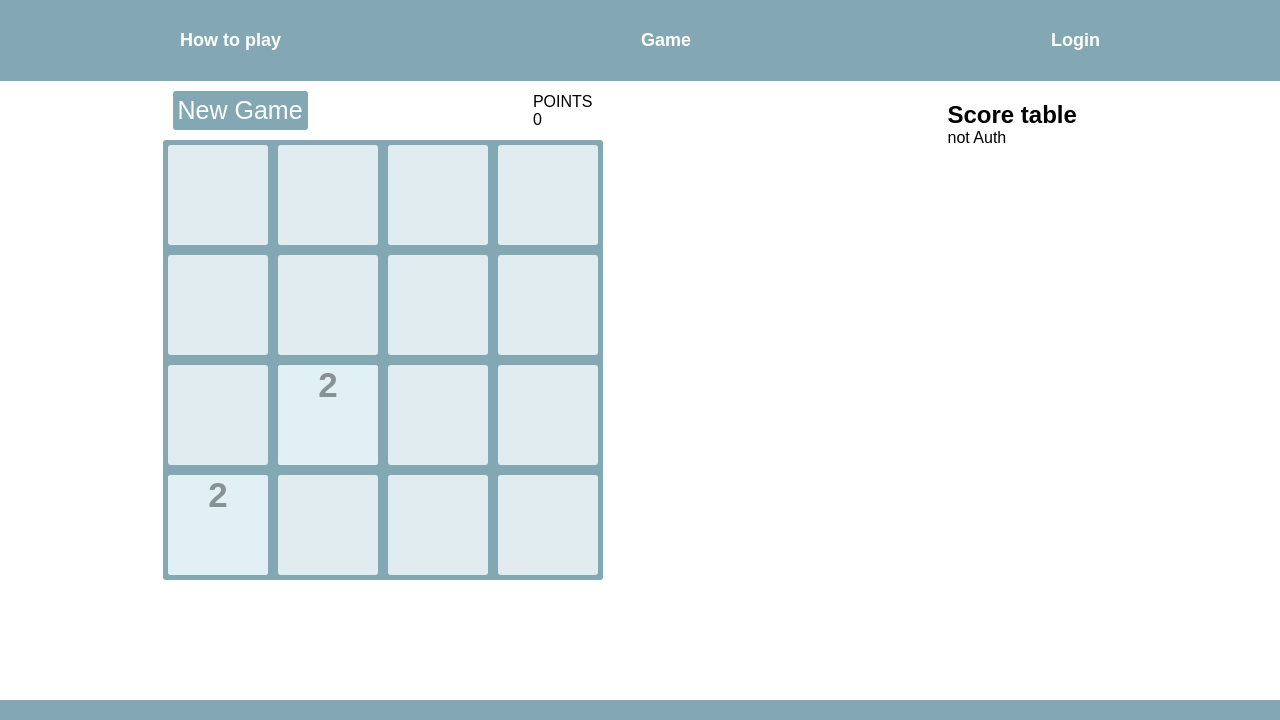
Repository: nika-otter/2048
Page: / (app in client/)
The author's editor kept a copy of each file at every save. The page is drawn from the files as they stood at one save, then again after the next save.
The browser window is 1280 px wide. The pictures show the whole page.
The project was rebuilt for these pictures with package versions that can differ from the ones it lists, and the page was loaded fresh each time. Also part of the build but not shown: client/src/components/Login/LoginForm.js, client/src/pages/account/index.jsx, client/src/components/Game/GameOverlay.jsx, client/src/components/InstructionPage/InstructionPage.module.scss, client/src/components/HowToPlay/howtoplay.module.scss, client/src/components/HowToPlay/howtoplay.jsx, client/src/components/InstructionPage/InstructionPage.jsx, client/src/pages/Instruction/index.jsx and 4 more.

Above is the page before, as saved 2023-05-01 19:27:28.

### client/src/index.js
import React from "react";
import ReactDOM from "react-dom/client";
import "./index.css";
import App from "./App";
import { BrowserRouter } from "react-router-dom";
import Store from "./store/store";

const store = new Store();

export const Context = React.createContext({
  store,
});

const root = ReactDOM.createRoot(document.getElementById("root"));
root.render(
  <Context.Provider value={{ store }}>
    <BrowserRouter>
      <App />
    </BrowserRouter>
  </Context.Provider>
);

### client/src/index.css
* {
  box-sizing: border-box;
  margin: 0;
  padding: 0;
}
#root {
  width: 100vw;
  height: 100%;
}

body {
  /* background-color: #ffffff;
  display: flex;
  justify-content: center;
  align-items: center;*/
  /* height: 100vh; */
  height: 100%;
}
html {
  height: 100%;
}
code {
  font-family: source-code-pro, Menlo, Monaco, Consolas, "Courier New",
    monospace;
}

### client/src/App.js
import { useContext, useEffect, useState } from "react";
import "./App.css";
import LoginForm from "./components/Login/LoginForm";
import AppRouter from "./router/AppRouter";
import { Context } from "./index";
import { observer } from "mobx-react-lite";
import UserService from "./services/UserService";
function App() {
  // const { store } = useContext(Context);
  // const [users, setUsers] = useState([]);
  // useEffect(() => {
  //   if (localStorage.getItem("token")) {
  //     // console.log(localStorage.getItem("token"));
  //     store.checkAuth();
  //   }
  // }, []);

  // if (store.isLoading) {
  //   return <div>Loading...</div>;
  // }
  // async function getUsers() {
  //   try {
  //     const response = await UserService.fetchUsers();
  //     setUsers(response.data);
  //     console.log(response);
  //     setUsers(response.data);
  //   } catch {}
  // }
  return (
    <div className="App">
      <AppRouter />
      {/* <h1>{store.isAuth ? `User: ${store.user.email}` : "Not Auth"}</h1>
      <h1>
        {" "}
        {store.user.isActivated ? `Activated` : "Go and activate your email"}
      </h1>
      <button onClick={() => store.logout()}>Logout</button>
      <button onClick={getUsers}>Get users</button>
      {users.map((user) => (
        <div key={user.email}>{user.email}</div>
      ))}      */}
      {/* <LoginForm /> */}
    </div>
  );
}

export default observer(App);

### client/src/store/store.js
import { makeAutoObservable } from "mobx";
import AuthService from "../services/AuthService";
import axios from "axios";
import { API_URL } from "../http";
import UserService from "../services/UserService";

export default class Store {
  user = {};
  isAuth = false;
  isLoading = false;
  scores = {};
  constructor() {
    makeAutoObservable(this);
  }
  setAuth(bool) {
    this.isAuth = bool;
  }
  setUser(user) {
    this.user = user;
  }

  setLoading(bool) {
    this.isLoading = bool;
  }

  setScores(scores) {
    this.scores = scores;
  }

  async login(email, password) {
    console.log("login");
    try {
      const response = await AuthService.login(email, password);
      console.log(response);
      localStorage.setItem("token", response.data.accessToken);
      this.setAuth(true);
      this.setUser(response.data.user);
      console.log(response.data.user);
    } catch (e) {
      console.log(e.response?.data?.message);
    }
  }

  async registration(email, password) {
    try {
      const response = await AuthService.registration(email, password);
      console.log(response);
      localStorage.setItem("token", response.data.accessToken);
      this.setAuth(true);
      this.setUser(response.data.user);
    } catch (e) {
      console.log(e.response?.data?.message);
    }
  }

  async logout() {
    try {
      const response = await AuthService.logout();
      console.log(response);
      localStorage.removeItem("token", response.data.accessToken);
      this.setAuth(false);
      this.setUser({});
    } catch (e) {
      console.log(e.response?.data?.message);
    }
  }

  async checkAuth() {
    console.log("checkAuth");
    this.setLoading(true);
    try {
      const response = await axios.get(`${API_URL}/refresh`, {
        withCredentials: true,
      });
      console.log(response, "response checkAuth");
      console.log(
        response.data.accessToken,
        "response.data.accessToken checkAuth"
      );
      localStorage.setItem("token", response.data.accessToken);

      this.setAuth(true);
      this.setUser(response.data.user);
    } catch (e) {
      console.log(e.response?.data?.message);
    } finally {
      this.setLoading(false);
    }
  }

  async saveScore(email, score) {
    try {
      const response = await UserService.updateScore(email, score);
      //   this.scores = response.data.user.scores;
      console.log(response.data.user.scores);
    } catch (e) {
      console.log(e.response?.data?.message);
    }
  }
  async getScores(email) {
    this.setLoading(true);
    try {
      const response = await UserService.getScores(email);
      console.log(response, "response getScores store");
      this.setScores(response.data.user.scores);
      //   console.log(response.data.user.scores);
    } catch (e) {
      console.log(e.response?.data?.message);
    } finally {
      // this.setLoading(false);
    }
  }
}

### client/src/App.css
.App {
  /* position: relative; */
  display: flex;
  flex-direction: column;
  height: 100%;
  /* background-color: rgb(188, 121, 39); */
}
/* main {
  flex: 1 0 auto;
} */

### client/src/router/AppRouter.jsx
import { Routes, Route } from "react-router-dom";
import Account from "../pages/Account";
import Game from "../pages/Game";
import Instruction from "../pages/Instruction";
import Login from "../pages/Login";

const AppRouter = () => {
  return (
    <Routes>
      {/* <Route path="/game" element={<Game />} /> */}
      {/* <Route path="/account" element={<Account />} /> */}
      <Route path="/how-to-play" element={<Instruction />} />
      <Route path="/" element={<Game />} />
      <Route path="/login" element={<Login />} />
    </Routes>
  );
};

export default AppRouter;

### client/src/services/UserService.js
import $api from "../http";
export default class UserService {
  static fetchUsers() {
    return $api.get("/users");
  }

  static updateScore(email, score) {
    return $api.post(`/score`, { email, score });
  }

  static async getScores(email) {
    return $api.post(`/scores`, { email });
  }
}

### client/src/services/AuthService.js
import $api from "../http";
export default class AuthService {
  static async login(email, password) {
    return $api.post("/login", { email, password });
  }
  static async registration(email, password) {
    return $api.post("/registration", { email, password });
  }
  static async logout() {
    return $api.post("/logout");
  }
}

### client/src/http/index.js
import axios from "axios";

export const API_URL = "http://localhost:5000/api";

const $api = axios.create({
  withCredentials: true,
  baseURL: API_URL,
});

$api.interceptors.request.use((config) => {
  config.headers.Authorization = `Bearer ${localStorage.getItem("token")}`;
  return config;
});

$api.interceptors.response.use(
  (config) => {
    return config;
  },
  async (error) => {
    const originalRequest = error.config;
    if (
      error.response.status === 401 &&
      error.config &&
      !error.config._isRetry
    ) {
      originalRequest._isRetry = true;
      try {
        const response = await axios.get(`${API_URL}/refresh`, {
          withCredentials: true,
        });
        console.log(response, "response http");
        localStorage.setItem("token", response.data.accessToken);
        return $api.request(originalRequest);
      } catch (e) {
        console.log(e);
        console.log("НЕ АВТОРИЗОВАН");
      }
    }
    throw error;
  }
);
export default $api;

### client/src/pages/Game/index.jsx
import Header from "../../components/Header/Header";
import Footer from "../../components/Footer/Footer";
import GamePage from "../../components/GamePage/GamePage";

function Game() {
  return (
    <>
      <Header />
      <GamePage />
      <Footer />
    </>
  );
}

export default Game;

### client/src/components/Footer/Footer.jsx
import classes from "./Footer.module.scss";

function Footer() {
  return <footer className={classes.footer}></footer>;
}

export default Footer;

### client/src/components/Header/Header.jsx
import { Link } from "react-router-dom";
import classes from "./Header.module.scss";

function Header() {
  return (
    <header className={classes.header}>
      <Link className={classes.link} to="/how-to-play">
        How to play
      </Link>
      <Link className={classes.link} to="/">
        Game
      </Link>
      <Link className={classes.link} to="/login">
        Login
      </Link>
    </header>
  );
}

export default Header;

### client/src/components/GamePage/GamePage.jsx
import { Link } from "react-router-dom";
import classes from "./GamePage.module.scss";
import ScoreTable from "../ScoreTable/ScoreTable";
import BoardView from "../Game/Board";
import { observer } from "mobx-react-lite";
import { useContext, useEffect } from "react";
import { Context } from "../..";

function GamePage() {
  return (
    <main className={classes.main}>
      <div className={classes.gamepage}>
        <BoardView />
        <ScoreTable />
      </div>
    </main>
  );
}

export default observer(GamePage);

### client/src/components/Footer/Footer.module.scss
.footer {
  flex: 0 0 auto;
  height: 20px;
  background-color: rgb(131, 168, 180);
  width: 100%;
}

### client/src/components/Header/Header.module.scss
.header {
  display: flex;
  justify-content: space-around;
  background-color: #83a8b4;
  width: 100%;
}
.link {
  color: white;
  text-decoration: none;
  font-size: large;
  margin-top: 20px;
  margin-bottom: 20px;
  padding: 10px;
  font-weight: bold;
  border-radius: 5px;
  &:hover {
    color: rgb(106, 134, 144);
    background-color: rgb(255, 255, 255);
  }
}

### client/src/components/GamePage/GamePage.module.scss
.gamepage {
  display: flex;
  justify-content: space-around;
  //   background-color: aquamarine;
}
.main {
  flex: 1 0 auto;
}

### client/src/components/ScoreTable/ScoreTable.jsx
import { useContext, useEffect, useState } from "react";
import classes from "./ScoreTable.module.scss";
import { Context } from "../..";
import UserService from "../../services/UserService";
import { observer } from "mobx-react-lite";

function ScoreTable() {
  // const { store } = useContext(Context);
  // const [scores, setScores] = useState([]);

  // useEffect(() => {
  //   if (localStorage.getItem("token")) {
  //     console.log(localStorage.getItem("token"), "token from login index.jsx");
  //     store.checkAuth();
  //     getScores(store.user.email);
  //   }
  //   console.log(store.user.email, "store.user.email in ScoreTable.jsx");
  // }, []);

  // const getScores = async (email) => {
  //   console.log(email, "email in ScoreTable.jsx");
  //   try {
  //     const response = await UserService.getScores(email);
  //     setScores(response.data.scores, "response from getScores ScoreTable.jsx");
  //     console.log(response);
  //   } catch {
  //     console.log("Error");
  //   }
  // };
  // console.log(scores, "store.user in ScoreTable.jsx");

  const { store } = useContext(Context);
  // const [scores, setScores] = useState([]);
  // console.log(store.user.scores, "store.user from login index.jsx");
  useEffect(() => {
    if (localStorage.getItem("token")) {
      console.log(localStorage.getItem("token"), "token from login index.jsx");
      store.checkAuth();
    }
    console.log(store.user.email, "store.user.email in ScoreTable.jsx");
    // getScores(store.user.email);
  }, [store]);

  // async function getScores(email) {
  //   console.log(email, "email from getScores");
  //   try {
  //     const response = await UserService.getScores(email);
  //     // setUsers(response.data);
  //     console.log(response, "response from getScores");
  //     // console.log(response.data.data.user.scores, "response.data.user.scores");
  //     // setScores(response.data.scores);
  //   } catch (e) {
  //     console.log(e, "Error");
  //   }
  // }
  if (store.isLoading) {
    console.log(store.isLoading, "store.isLoading");
    return <div className={classes.loading}>Loading...</div>;
  }
  return (
    <div className={classes.scoretable}>
      <h2>Score table</h2>
      {/* <button onClick={() => getScores(store.user.email)}>Get scores</button> */}
      {/* {store.isAuth ? (
        scores.map((score) => <div key={score}>{score}</div>)
      ) : (
        <div>loading</div>
      )} */}
      <ul>
        {store.isAuth ? (
          store.user.scores
            .map((score) => ({
              score,
              id: Math.random(),
            }))
            .sort((a, b) => b.score - a.score)
            .slice(0, 10)
            .map((item) => <li key={item.id}>{item.score}</li>)
        ) : (
          <div>not Auth</div>
        )}
      </ul>

      {/* <button onClick={getScores}>dddmdmd</button> */}

      {/* {scores.map((score) => (
        <div>{score}</div>
      ))} */}
    </div>
  );
}

export default observer(ScoreTable);

### client/src/components/Game/Board.jsx
import React, { useContext, useEffect, useState } from "react";
import Tile from "./Tile";
import Cell from "./Cell";
import { Board } from "../../helper";
import useEvent from "../../hooks/useEvent";
import GameOverlay from "./GameOverlay";
import "./Board.scss";
import { Context } from "../..";
import UserService from "../../services/UserService";
const BoardView = () => {
  const { store } = useContext(Context);
  const [board, setBoard] = useState(new Board());

  // useEffect(() => {
  //   const checkAuth = async () => {
  //     if (localStorage.getItem("token")) {
  //       console.log(localStorage.getItem("token"), "token from login index.jsx");
  //       await store.checkAuth();
  //     }
  //   };
  //   checkAuth();
  //   console.log(store.user.email, "store.user.email in ScoreTable.jsx");
  //   // getScores(store.user.email);
  // }, [resetGame]);

  const handleKeyDown = (event) => {
    if (board.hasWon()) {
      console.log("You won!");
      return;
    } //потім вернути треба

    if (event.keyCode >= 37 && event.keyCode <= 40) {
      let direction = event.keyCode - 37;
      let boardClone = Object.assign(Object.create(board), board);
      // let boardClone = Object.assign(
      //   Object.create(Object.getPrototypeOf(board)),
      //   board
      // ); // теж саме що і вище
      let newBoard = boardClone.move(direction);
      setBoard(newBoard);
    }
  };

  useEvent("keydown", handleKeyDown);

  const cells = board.cells.map((row, rowIndex) => {
    return (
      <div key={rowIndex}>
        {row.map((col, colIndex) => {
          return <Cell key={rowIndex * board.size + colIndex} />;
        })}
      </div>
    );
  }); //робить клітинки нічого серйозного

  const tiles = board.tiles
    .filter((tile) => tile.value !== 0)
    .map((tile, index) => {
      return <Tile tile={tile} key={index} />;
    });

  const saveScore = async (email, score) => {
    try {
      const response = await UserService.updateScore(email, score);
      console.log(response, "response from saveScore ");
    } catch {
      console.log("Error");
    }
  };
  const resetGame = async () => {
    console.log(
      store.user.email,
      board.score,
      "store.user.email board.score from BoardView.jsx"
    );
    if (board.score > 0) {
      await saveScore(store.user.email, board.score);
      store.checkAuth();
    }
    setBoard(new Board());
  };

  return (
    <div>
      <div className="details-box">
        <div className="resetButton" onClick={resetGame}>
          New Game
        </div>
        <div className="score-box">
          <div className="score-header">POINTS</div>
          <div>{board.score}</div>
        </div>
      </div>
      <div className="board">
        {cells}
        {tiles}
        <GameOverlay onRestart={resetGame} board={board} />
      </div>
    </div>
  );
};

export default BoardView;

### client/src/components/ScoreTable/ScoreTable.module.scss
.scoretable {
  margin: 20px;
  width: 150px;
}
.loading {
  width: 150px;
  margin: 20px;
}

### client/src/components/Game/Tile.jsx
import React from "react";
// import classes from "./Board.scss";
import "./Board.scss";
// import "./styles.scss";

const Tile = ({ tile, id }) => {
  console.log("tile");
  let classArray = ["tile"];
  classArray.push("tile" + tile.value);
  if (!tile.mergedInto) {
    classArray.push(`position_${tile.row}_${tile.column}`);
  }
  if (tile.mergedInto) {
    classArray.push("merged");
  }
  if (tile.isNew()) {
    classArray.push("new");
  }

  if (tile.hasMoved()) {
    classArray.push(`row_from_${tile.fromRow()}_to_${tile.toRow()}`);
    classArray.push(`column_from_${tile.fromColumn()}_to_${tile.toColumn()}`);
    classArray.push("isMoving");
  }
  //   if (tile.isRandom()) {
  //     classArray.push("random");
  //   }

  let styles = classArray.join(" ");
  return <span className={styles}>{tile.value}</span>;
};

export default Tile;

### client/src/components/Game/Cell.jsx
import React from "react";

const Cell = ({ id }) => {
  return <span className="cell"></span>;
};

export default Cell;

### client/src/hooks/useEvent.jsx
import { useEffect } from "react";

export default function useEvent(event, handler, passive = false) {
  useEffect(() => {
    window.addEventListener(event, handler, passive);

    return function cleanUp() {
      window.removeEventListener(event, handler, passive);
    };
  });
}

### client/src/components/Game/Board.scss
// @font-face {
//   font-family: "Clear Sans";
//   src: url("../src/clear-sans.ttf") format("truetype");
// }

body {
  display: flex;
  //   background: rgb(2,0,36);
  // background: linear-gradient(90deg, rgba(2,0,36,1) 0%, rgba(87,64,124,1) 47%, rgba(0,212,255,1) 100%);
  //   color: white;
  // flex-direction: column;
  // justify-content: center;
  // align-content: center;
  // align-items: center;
  font-family: "Clear Sans", sans-serif;
  // font-size: 21px;
}

.text {
  // order: 2;
  // padding-top: 40px;
  // width: 440px;
  // font-weight: bold;
}
// main {
//   min-height: 90vh;
// }

// .wrapper {
//   display: flex;
//   flex-direction: column;
//   height: 100%;
// }
// .content {
//   flex: 1 0 auto;
// }
// .footer {
//   flex: 0 0 auto;
// }

.board {
  // order: 1;
  // display: inline-block;

  display: block;
  // justify-content: center;
  margin-left: auto;
  margin-right: auto;
  width: 440px;
  height: 440px;
  // padding: 5px; //вернути треба
  background-color: rgb(131, 168, 180);
  border-radius: 3px;
  // outline: none;
  position: relative;
}

// .board .cell,
// .tile {
//   // user-select: none;
//   // cursor: default;
// }

.details-box {
  display: flex;
  align-items: center;
  padding: 10px;
  justify-content: space-between;
}

.resetButton {
  background-color: rgb(131, 168, 180);
  color: rgb(255, 255, 255);
  cursor: pointer;
  font-size: 25px;
  padding: 5px;
  border-radius: 3px;
  transition: color 0.3s ease, background-color 0.3s ease;
  &:hover {
    background-color: rgb(131, 168, 180);
    color: rgba(255, 255, 255, 1);
  }
}

.score-header {
  font-size: 1rem;
}

.score-box {
  background-color: rgb(131, 168, 180) 6;
  color: rgb(0, 0, 0);
  // min-width: 50px;
  // width: 70px;
  // padding: 5px 15px;
  border-radius: 3px;
}

.cell,
.tile {
  // display: inline-block;
  width: 100px;
  height: 100px;
  margin: 5px;
  // line-height: 90px;
  display: inline-block;
  font-size: 35px;
  font-weight: bold;
  text-align: center;
  vertical-align: middle;
  border-radius: 3px;
  // font-family: "Clear Sans";
  color: rgba(8, 4, 4, 0.402);
  background-color: rgb(224, 236, 240);
}

.tile0 {
  background-color: rgb(238, 247, 249);
}

.tile2 {
  background-color: rgb(224, 240, 245);
  // background-image: url(./assets/img/2.gif);
}

.tile4 {
  background-color: rgb(199, 221, 228);
  // background-image: url(./assets/img/4.gif);
}

.tile8 {
  background-color: rgb(187, 212, 220);
  // background-image: url(./assets/img/8.gif);
}

.tile16 {
  background-color: rgb(171, 195, 203);
  // background-image: url(./assets/img/16.gif);
}

.tile32 {
  background-color: rgb(140, 165, 174);
  // background-image: url(./assets/img/32.gif);
}

.tile64 {
  background-color: rgb(116, 144, 153);
  // background-image: url(./assets/img/64.gif);
}

.tile128 {
  background-color: rgb(98, 125, 134);
  // background-image: url(./assets/img/128.gif);
}

.tile256 {
  background-color: rgb(71, 91, 98);
  // background-image: url(./assets/img/256.gif);
  // font-size: 45px;
}

.tile512 {
  background-color: rgb(45, 68, 75);
  // background-image: url(./assets/img/512.gif);
  // font-size: 45px;
}

.tile1024 {
  background-color: rgb(40, 68, 78);
  // background-image: url(./assets/img/1024.gif);
  // font-size: 35px;
}

.tile2048 {
  position: absolute;
  background-size: contain;
  left: 0;
  right: 0;
  top: 0;
  bottom: 0;
  padding: 0px;
  background-color: rgb(12, 42, 52);
  // background-image: url(./assets/img/2048.gif);
  // font-size: 35px;
}

// .try-again {
//   z-index: 10;
//   height: 100px;
//   width: 100px;
//   // background-image: url(./assets/img/try-again.gif);
// }

.tile {
  position: absolute;
}

.tile.merged {
  display: none;
}

// .tile.merged.isMoving {
//   display: inline;
// }

.tile.new {
  animation-duration: 0.3s;
  animation-name: newTile;
  animation-fill-mode: forwards;
  // animation-delay: 0.15s;
  transform: scale(0);
}
// .tile.random {
//   animation-duration: 3s;
//   animation-name: newTile;
//   animation-fill-mode: forwards;
//   // animation-delay: 0.15s;
//   transform: scale(0);
// }

@keyframes newTile {
  from {
    transform: scale(0);
  }
  to {
    transform: scale(1);
  }
}

// .overlay {
//   position: absolute;
//   top: 0px;
//   bottom: 0px;
//   display: flex;
//   flex-direction: column;
//   align-items: center;
//   justify-content: center;
//   text-align: center;
//   left: 0px;
//   right: 0px;
//   font-size: 55px;
//   font-weight: bolder;
//   border-radius: 7px;
// }

// .tryAgain {
//   background-color: #876;
//   color: #fff;
//   height: 40px;
//   width: 200px;
//   font-size: 20px;
//   font-weight: bold;
//   cursor: pointer;
//   border: none;
//   border-radius: 5px;
//   border: 2px solid white;
// }

// .gameOver {
//   background-size: contain;
//   background-image: url(./assets/img/game-over.gif);
//   position: absolute;
//   top: 0;
//   right: 0;
//   bottom: 0;
//   left: 0;
//   z-index: 100;
//   text-align: center;
// }

.overlay .message {
  color: #666;
}

@for $row from 0 through 3 {
  @for $column from 0 through 3 {
    .position_#{$row}_#{$column}:not(.isMoving) {
      top: 110px * $row;
      left: 110px * $column;
    }
  }
}

@for $fromRow from 0 through 3 {
  @for $toRow from 0 through 3 {
    $name: row_from_#{$fromRow}_to_#{$toRow};

    @if $fromRow == $toRow {
      .#{$name} {
        top: 110px * $toRow;
      }
    } @else {
      .#{$name} {
        animation-duration: 0.2s;
        animation-name: $name;
        animation-fill-mode: forwards;
      }

      @keyframes #{$name} {
        from {
          top: 110px * $fromRow;
        }
        to {
          top: 110px * $toRow;
        }
      }
    }
  }
}

@for $fromColumn from 0 through 3 {
  @for $toColumn from 0 through 3 {
    $name: column_from_#{$fromColumn}_to_#{$toColumn};

    @if $fromColumn == $toColumn {
      .#{$name} {
        left: 110px * $toColumn;
      }
    } @else {
      .#{$name} {
        animation-duration: 0.2s;
        animation-name: $name;
        animation-fill-mode: forwards;
      }

      @keyframes #{$name} {
        from {
          left: 110px * $fromColumn;
        }
        to {
          left: 110px * $toColumn;
        }
      }
    }
  }
}

Loaded but not shown: client/public/index.html (common file); client/src/helper/index.js (231 lines, source omitted)

After the next save:
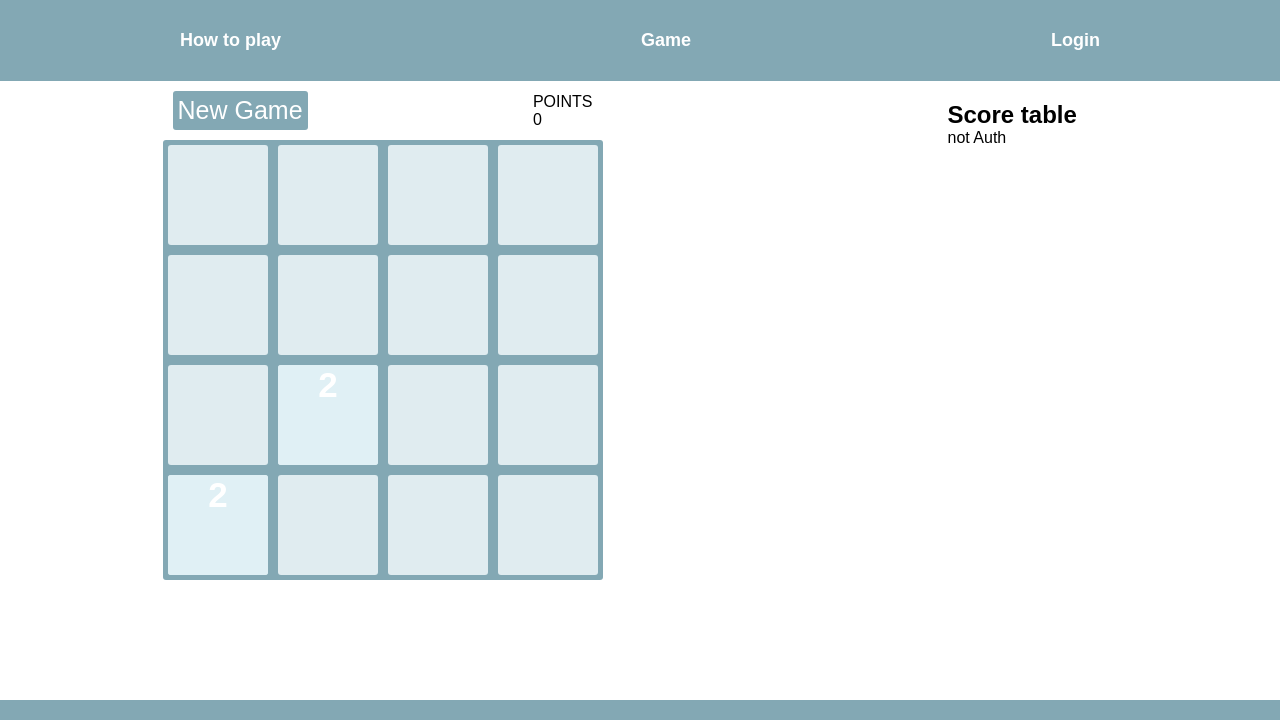
Saved 17 s later.
--- a/client/src/components/Game/Board.scss
+++ b/client/src/components/Game/Board.scss
@@ -109,7 +109,7 @@ body {
   vertical-align: middle;
   border-radius: 3px;
   // font-family: "Clear Sans";
-  color: rgba(8, 4, 4, 0.402);
+  color: rgb(255, 255, 255);
   background-color: rgb(224, 236, 240);
 }
 
